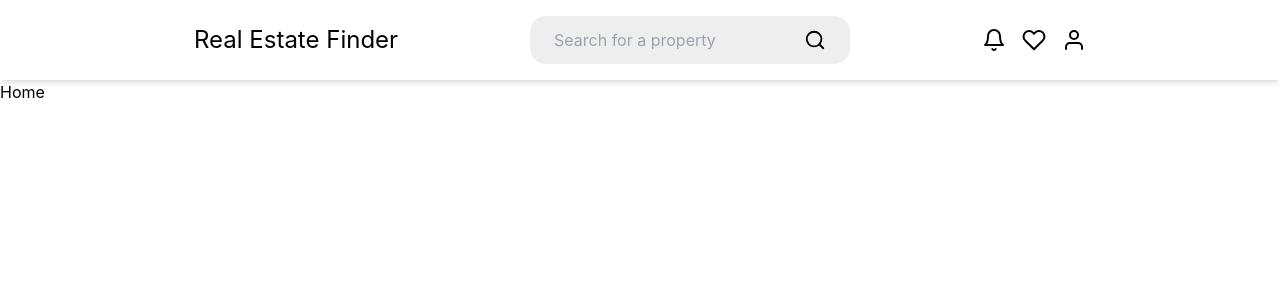
Repository: farrelmuhammad/real-estate-react
Page: /
These files come from the project's save history. The page is drawn as it stood at one moment and after the next save; the edit follows.
The browser window is 1280 px wide. The pictures show the whole page.
The project was rebuilt for these pictures with package versions that can differ from the ones it lists, and the page was loaded fresh each time. Also part of the build but not shown: src/App.css.

Above is the page before, as saved 2023-02-06 19:07:35.

After the next save:
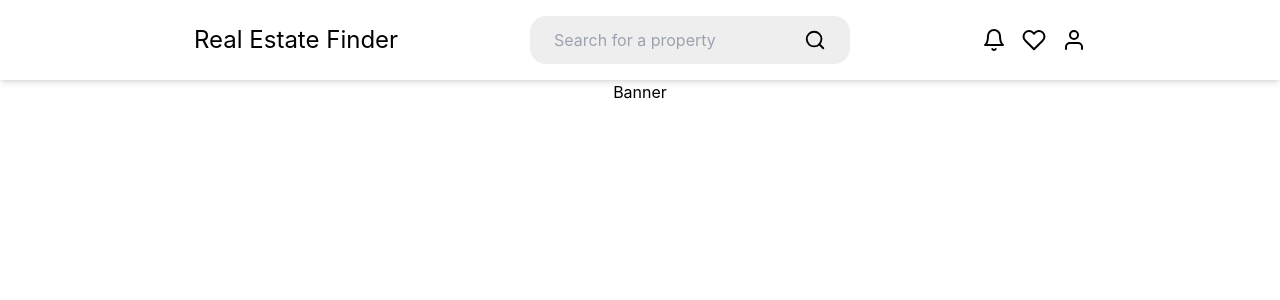
Saved 12 s later.
--- a/src/pages/Home.jsx
+++ b/src/pages/Home.jsx
@@ -1,11 +1,12 @@
 import React from 'react'
+import Banner from '../components/Banner'
 import Navbar from '../components/Navbar'
 
 const Home = () => {
     return (
         <>
             <Navbar />
-            <div>Home</div>
+            <Banner />
         </>
     )
 }
